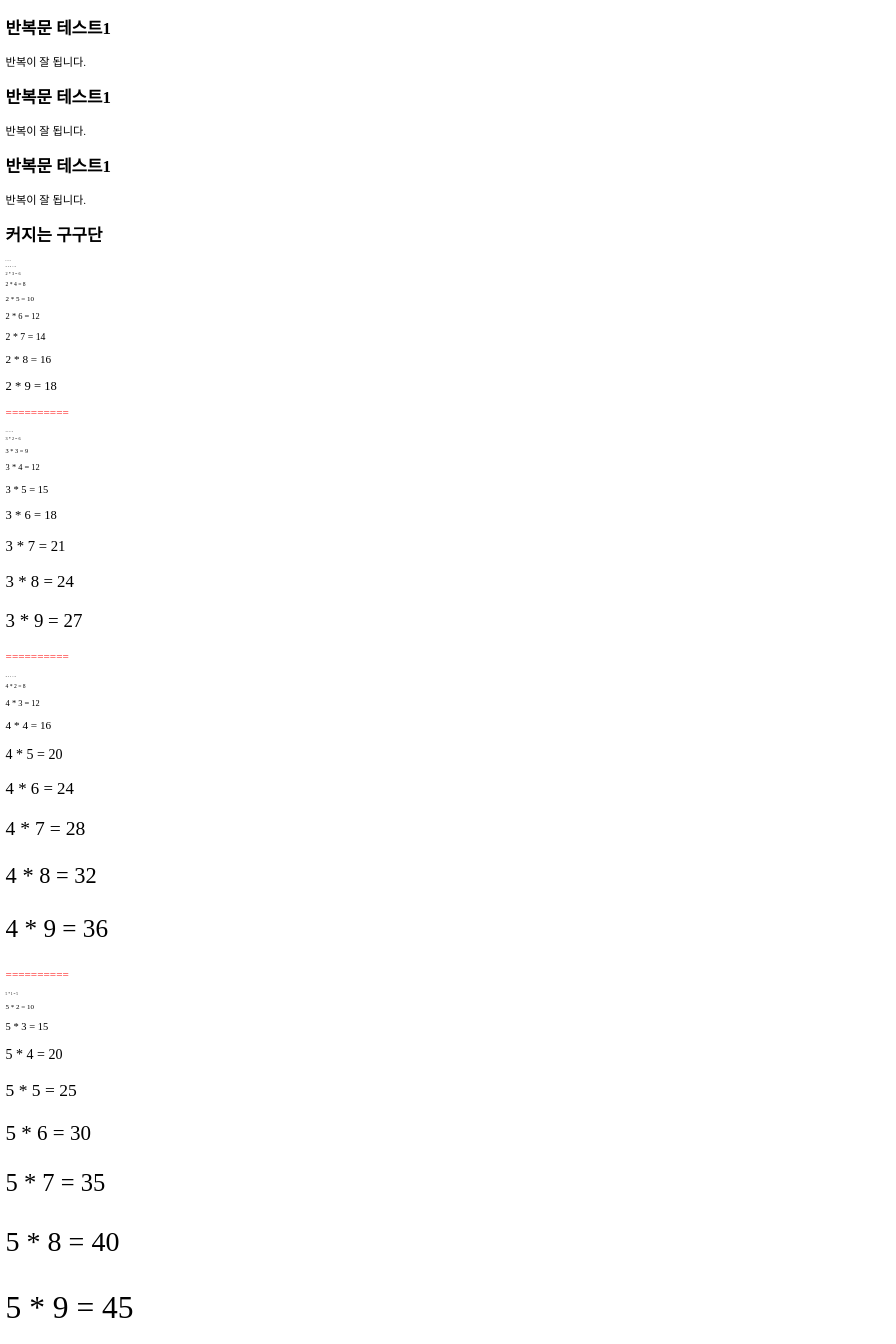
Repository: mickey530/jsp_practice
Page: http://localhost/JSPBasic/JspTag/Scriptlet.jsp
These files come from the project's save history. The page is drawn as it stood at one moment and after the next save; the edit follows.
The browser window is 1280 px wide. The pictures show the part of the page from y = 0 to 1920 px (the page is 5253 px tall before and 3049 px after), at 70% of full size.
The page is served by Tomcat 9.

Above is the page before, as saved 2022-01-28 03:16:28.

### JSPBasic/src/main/webapp/JspTag/Scriptlet.jsp
<%@ page language="java" contentType="text/html; charset=UTF-8"
    pageEncoding="UTF-8"%>
<!DOCTYPE html>
<html>
<head>
<meta charset="UTF-8">
<title>Insert title here</title>
</head>
<body>
	<!-- 스크립트릿 내부에는 자바 코드를 작성할 수 있으며
	이 코드를 반영해 페이지가 구성됩니다. -->
	<% for(int i = 0; i < 3; i++){ %>
		<h2>반복문 테스트1</h2>
		<p>
			반복이 잘 됩니다.
		</p>
	<% } %>

	<!-- 하단에 구구단 코드를 작성해주세요.
	System.out.println() 이 괄호 내 구문을 콘솔에 찍히게 해줬다면
	out.println()은 html화면에 괄호 내 구문을 콘솔에 찍히게 해줍니다.
	(javascript의 document.write()와 같은 역할)
	html 문법이 그대로 적용됨! -->
	<h2> 커지는 구구단</h2>
	<% for(int i = 2; i < 10; i++){

		for(int j = 1; j < 10; j++){
			out.println("<p style=font-size:"+ i*j + "px;>" + i + " * " + j +" = " + i*j + "</p>");
		}
		out.println("<p style='color:red'>==========</p>");
		}%>
</body>
</html>

After the next save:
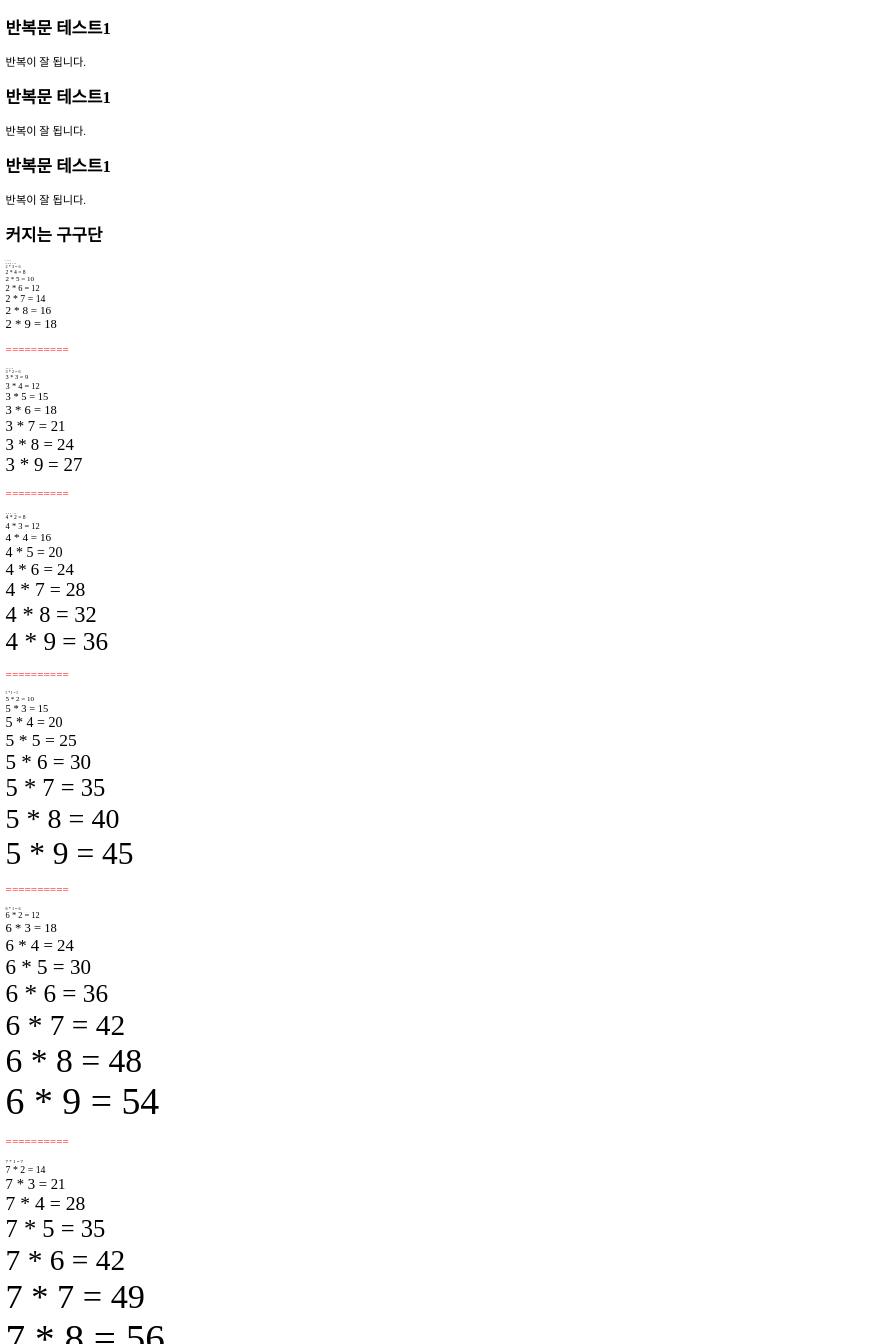
Saved 3 min 58 s later.
--- a/JSPBasic/src/main/webapp/JspTag/Scriptlet.jsp
+++ b/JSPBasic/src/main/webapp/JspTag/Scriptlet.jsp
@@ -25,7 +25,7 @@
 	<% for(int i = 2; i < 10; i++){
 
 		for(int j = 1; j < 10; j++){
-			out.println("<p style=font-size:"+ i*j + "px;>" + i + " * " + j +" = " + i*j + "</p>");
+			out.println("<div style=font-size:"+ i*j + "px;>" + i + " * " + j +" = " + i*j + "</div>");
 		}
 		out.println("<p style='color:red'>==========</p>");
 		}%>
